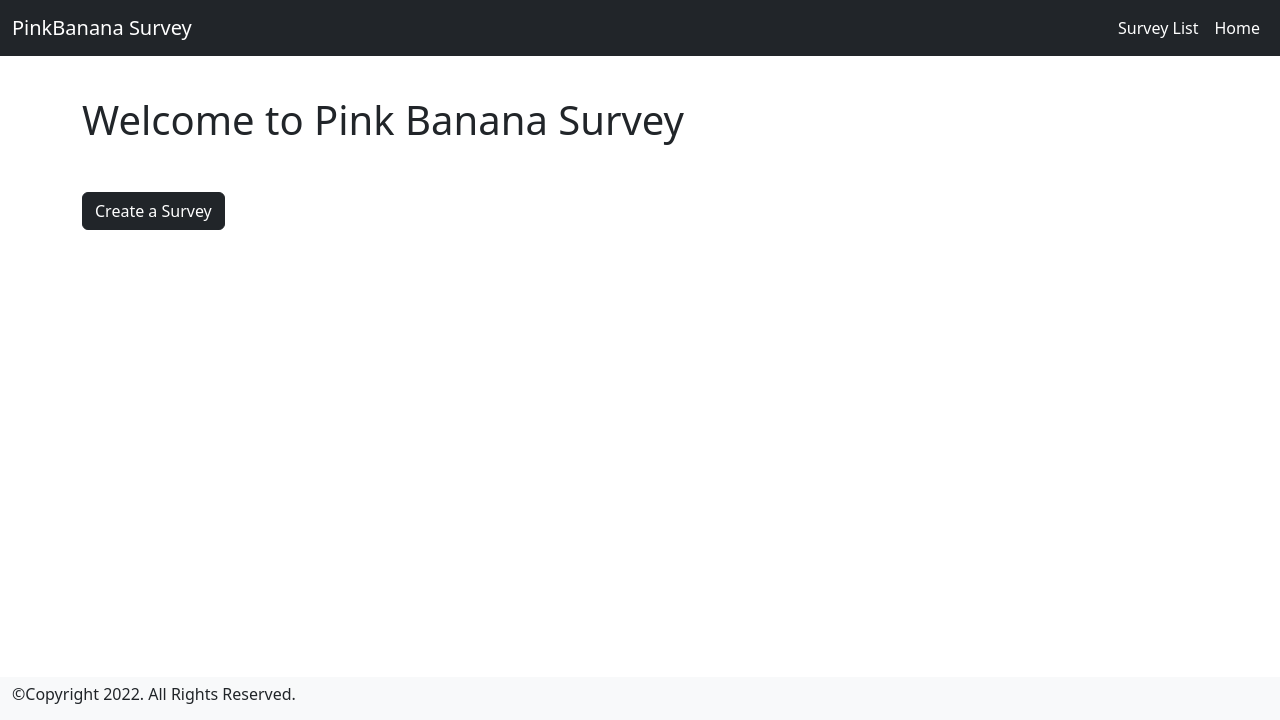
Repository: miaaow42/BananaProject
Page: / (app in front-end/)
These files come from the project's save history. The page is drawn as it stood at one moment and after the next save; the edit follows.
The browser window is 1280 px wide. The pictures show the whole page.
The project was rebuilt for these pictures with package versions that can differ from the ones it lists, and the page was loaded fresh each time. Also part of the build but not shown: front-end/src/App.css.

Above is the page before, as saved 2022-12-08 04:54:59.

### front-end/public/index.html
<!DOCTYPE html>
<html lang="en">
  <head>
    <meta charset="utf-8" />
    <link rel="icon" href="%PUBLIC_URL%/favicon.ico" />
    <meta name="viewport" content="width=device-width, initial-scale=1" />
    <meta name="theme-color" content="#000000" />
    <meta
      name="description"
      content="Web site created using create-react-app"
    />
    <link rel="apple-touch-icon" href="%PUBLIC_URL%/logo192.png" />
    <!--
      manifest.json provides metadata used when your web app is installed on a
      user's mobile device or desktop. See https://developers.google.com/web/fundamentals/web-app-manifest/
    -->
    <link rel="manifest" href="%PUBLIC_URL%/manifest.json" />
    <!--
      Notice the use of %PUBLIC_URL% in the tags above.
      It will be replaced with the URL of the `public` folder during the build.
      Only files inside the `public` folder can be referenced from the HTML.

      Unlike "/favicon.ico" or "favicon.ico", "%PUBLIC_URL%/favicon.ico" will
      work correctly both with client-side routing and a non-root public URL.
      Learn how to configure a non-root public URL by running `npm run build`.
    -->
    <title>PinkBanana Survey</title>
  </head>
  <body>
    <noscript>You need to enable JavaScript to run this app.</noscript>
    <div id="root"></div>
    <!--
      This HTML file is a template.
      If you open it directly in the browser, you will see an empty page.

      You can add webfonts, meta tags, or analytics to this file.
      The build step will place the bundled scripts into the <body> tag.

      To begin the development, run `npm start` or `yarn start`.
      To create a production bundle, use `npm run build` or `yarn build`.
    -->
  </body>
</html>

### front-end/src/App.tsx
import React from 'react';
import { BrowserRouter, Route, Routes } from 'react-router-dom';


// import logo from './logo.svg';
import './App.css';

// Styles and Fonts
import 'bootstrap/dist/css/bootstrap.min.css';
import '@fortawesome/fontawesome-free/css/all.min.css';

// Comment Components
import Header from './components/header';
import Footer from './components/footer';

// Content Components
import Home from './content/home';

function App() {
  return (
    <div className="App">
      <BrowserRouter>
      <Header></Header>

      {/* Client- Side Routing*/}
      <Routes>
        <Route path="/" element={<Home/>} />
        <Route path="/home" element={<Home/>} />
      </Routes>
      <Footer></Footer>
      </BrowserRouter>
    </div>
  );
}

export default App;

### front-end/src/components/header.tsx
import React from "react";
import {NavLink} from 'react-router-dom';

function Header()
{
    return(
        // <nav classNameName="navbar navbar-expand-lg navbar-dark navbar fixed-top x-navbar">
        //     <NavLink classNameName="navbar-brand" to="/"> <img src="/images/groupProjectLogo.png" alt="Logo" width="60px"/> PinkBanana Survey</NavLink>
        //     <div classNameName="container-fluid" >

        //          <button classNameName="navbar-toggler" type="button" data-bs-toggle="collapse" data-bs-target="#navbarSupportedContent"
        //             aria-controls="navbarSupportedContent" aria-expanded="false" aria-label="Toggle navigation">
        //              <span classNameName="navbar-toggler-icon "></span>
        //          </button>

        //          <div classNameName="collapse navbar-collapse" id="navbarSupportedContent" >
        //             <ul classNameName="navbar-nav ms-auto mb-2 mb-lg-0">
        //                 <li classNameName="nav-item">
        //                     <NavLink  to={"/home"} classNameName="nav-item" >Survey List</NavLink>
        //                 </li>
        //             </ul>
        //          </div>
        //     </div>
        // </nav>
        <nav className="navbar navbar-expand-lg bg-dark navbar-dark fixed-top">
            <div className="container-fluid">
                <NavLink className="navbar-brand" to={"/"}>PinkBanana Survey</NavLink>
                <button className="navbar-toggler" type="button" data-bs-toggle="collapse" data-bs-target="#navbarSupportedContent" aria-controls="navbarSupportedContent" aria-expanded="false" aria-label="Toggle navigation">
                    <span className="navbar-toggler-icon"></span>
                </button>
                <div className="collapse navbar-collapse" id="navbarSupportedContent">
                    <ul className="navbar-nav ms-auto mb-2 mb-lg-0">
                        <li className="nav-item">
                            <NavLink className="nav-link active" aria-current="page" to={"/"}>Survey List</NavLink>
                        </li>
                        <li className="nav-item">
                            <NavLink className="nav-link" aria-current="page" to={"/"}>Home</NavLink>
                        </li>
                    </ul>
                </div>
            </div>
        </nav>
    )
}

export default Header;

### front-end/src/components/footer.tsx
import React from "react";

function Footer()
{
    return(
        <nav className="navbar fixed-bottom bg-light">
        <div className="container-fluid">
          <h6 >&copy;Copyright 2022. All Rights Reserved. </h6>
        </div>
      </nav>
    )
}

export default Footer;

### front-end/src/content/home.tsx
import React from "react";
import { Link } from "react-router-dom";


function Home()
{
    return(
        <div className="container">
            <br></br><br></br><br></br><br></br>
            <h1 className="mb-5">Welcome to Pink Banana Survey</h1>

            <Link to={"/add-survey"}>
                <button className="btn btn-dark"> Create a Survey</button>
            </Link>

        </div>
    )
}

export default Home;

Loaded but not shown: front-end/src/index.tsx (common file); front-end/src/index.css (common file); front-end/src/reportWebVitals.ts (common file)

After the next save:
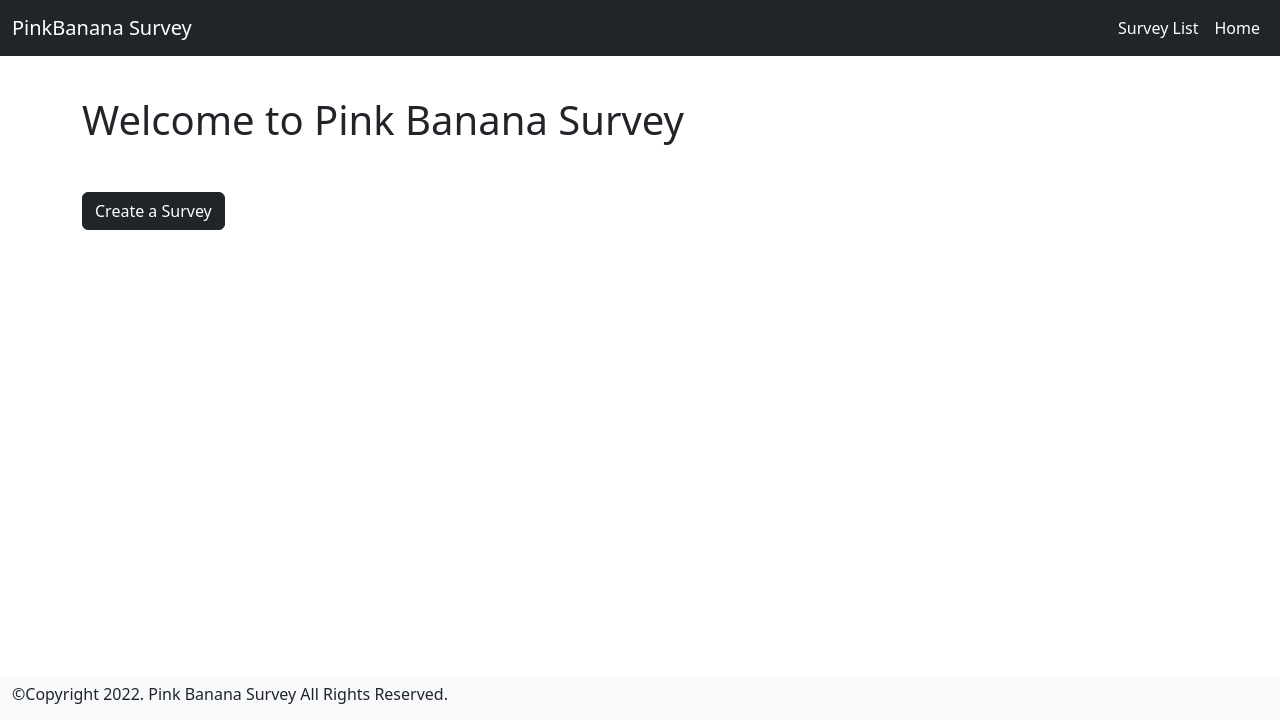
Saved 12 s later.
--- a/front-end/src/components/footer.tsx
+++ b/front-end/src/components/footer.tsx
@@ -5,7 +5,7 @@ function Footer()
     return(
         <nav className="navbar fixed-bottom bg-light">
         <div className="container-fluid">
-          <h6 >&copy;Copyright 2022. All Rights Reserved. </h6>
+          <h6 >&copy;Copyright 2022. Pink Banana Survey All Rights Reserved. </h6>
         </div>
       </nav>
     )
